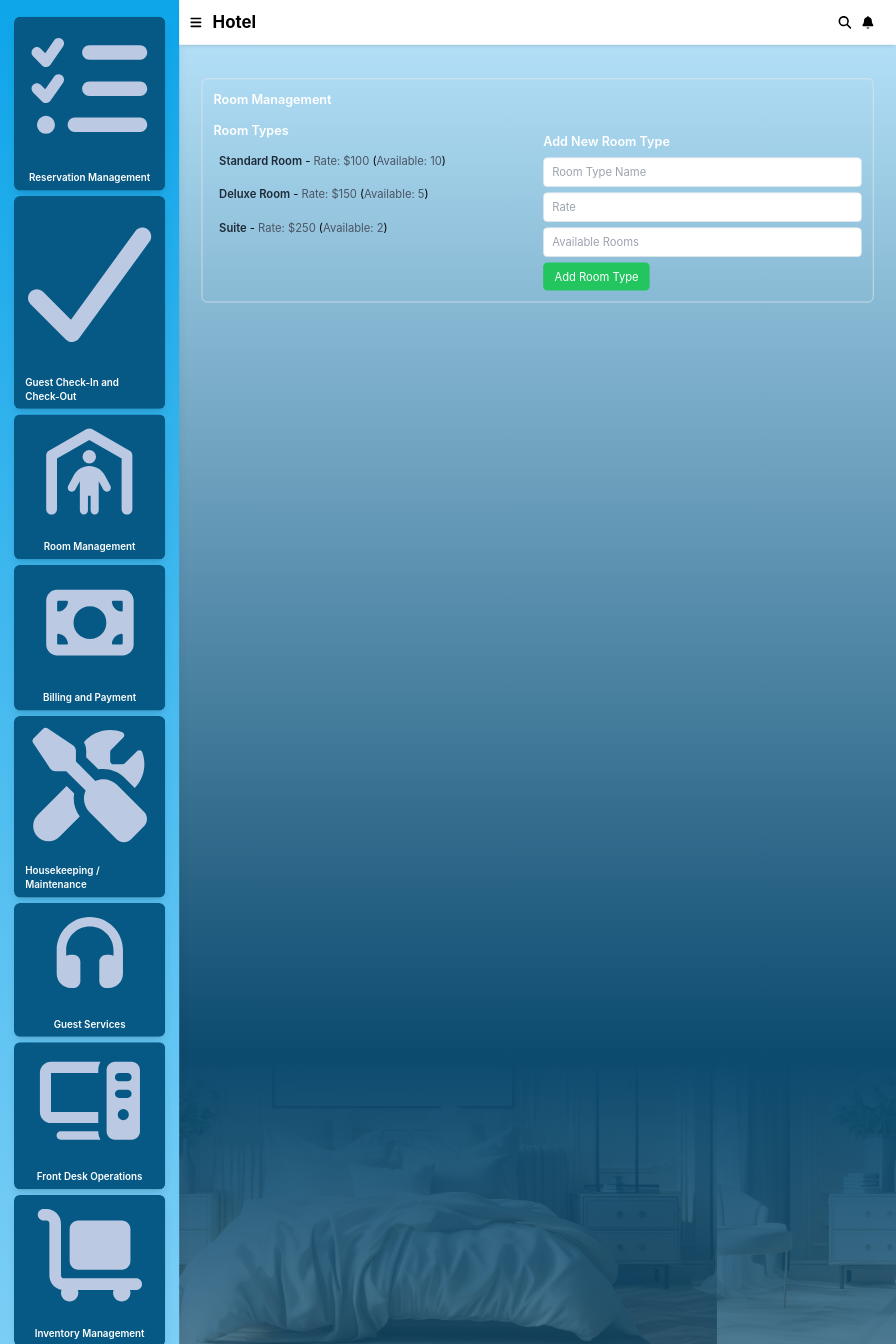
Repository: musabismael/Hotel
Page: /room_management
An editor plug-in stored every save of this project. The page is shown before and after the next save, followed by the edit.
The browser window is 1280 px wide. The pictures show the part of the page from y = 0 to 1920 px (the page is 3016 px tall), at 70% of full size.
The project was rebuilt for these pictures with package versions that can differ from the ones it lists, and the page was loaded fresh each time. Also part of the build but not shown: vite.config.js, src/App.css, src/pages/ReservationManagement.jsx, src/pages/GuestCheckInOut.jsx, src/pages/BillingPayment.jsx, src/pages/HousekeepingMaintenance.jsx, src/pages/GuestServices.jsx, src/pages/FrontDeskOperations.jsx and 5 more.

Above is the page before, as saved 2023-10-01 19:15:37.

### index.html
<!doctype html>
<html lang="en">
  <head>
    <meta charset="UTF-8" />
    <link rel="icon" type="image/svg+xml" href="/vite.svg" />
    <meta name="viewport" content="width=device-width, initial-scale=1.0" />
    <title>Hotel</title>
  </head>
  <body>
    <div id="root"></div>
    <script type="module" src="/src/main.jsx"></script>
  </body>
</html>

### src/App.jsx
import "./App.css";
import { createBrowserRouter } from "react-router-dom";
import { RouterProvider } from "react-router";
import LandingPageLayout from "./layouts/LandingPageLayout";
import ReservationManagement from "./pages/ReservationManagement";
import GuestCheckInOut from "./pages/GuestCheckInOut";
import RoomManagement from "./pages/RoomManagement";
import BillingPayment from "./pages/BillingPayment";
import HousekeepingMaintenance from "./pages/HousekeepingMaintenance";
import GuestServices from "./pages/GuestServices";
import FrontDeskOperations from "./pages/FrontDeskOperations";
import InventoryManagement from "./pages/InventoryManagement";
import ReportingAnalytics from "./pages/ReportingAnalytics";
import SecurityAccessControl from "./pages/SecurityAccessControl";
import PointOfSale from "./pages/PointOfSale";
import CRM from "./pages/CRM"; // Import the CRM component
const router = createBrowserRouter([
  {
    path: "/",
    element: <LandingPageLayout />,
    children: [
      {
        path: "/reservation_management",
        element: <ReservationManagement />,
      },
      {
        path: "/guestCheckInOut",
        element: <GuestCheckInOut />,
      },
      {
        path: "/billing_and_payment",
        element: <BillingPayment />,
      },
      {
        path: "/room_management",
        element: <RoomManagement />,
      },
      {
        path: "/housekeeping_maintenance",
        element: <HousekeepingMaintenance />,
      },
      {
        path: "/guest_services",
        element: <GuestServices />,
      }, {
        path: "/desk_operations",
        element: <FrontDeskOperations />,
      }, {
        path: "/security_control",
        element: <SecurityAccessControl />,
      },
      {
        path: "/reporting_and_analytics",
        element: <ReportingAnalytics />,
      }, {
        path: "/inventory_management",
        element: <InventoryManagement />,
      },
      {
        path: "/pos",
        element: <PointOfSale />,
      },
      {
        path: "/crm",
        element: <CRM />,
      },
    ],
  },
]);

const App = () => <RouterProvider router={router} />;
export default App;

### src/index.css
@tailwind base;
@tailwind components;
@tailwind utilities;

:root {
  font-family: Inter, system-ui, Avenir, Helvetica, Arial, sans-serif;
  line-height: 1.5;
  font-weight: 400;
  background-image: url("cover.jpeg"), url("cover.jpeg");
  background-color:#397398;

  font-synthesis: none;
  text-rendering: optimizeLegibility;
  -webkit-font-smoothing: antialiased;
  -moz-osx-font-smoothing: grayscale;
  -webkit-text-size-adjust: 100%;
}

### src/layouts/LandingPageLayout.jsx
import { Outlet } from "react-router";
import Header from "../component/Header";
import Sidebar from "../component/Sidebar";
const LandingPageLayout = () => {
  return (
    <div className="flex bg-gradient-to-b from-sky-200 via-sky-900">
      <Sidebar />

      <div className="flex-1">
        <Header />
        <main className="p-4">
          <Outlet />
        </main>
      </div>
    </div>
  );
};

export default LandingPageLayout;

### src/pages/RoomManagement.jsx
import React, { useState } from 'react';

const RoomManagement = () => {
  const [roomTypes, setRoomTypes] = useState([
    { id: 1, name: 'Standard Room', rate: 100, available: 10 },
    { id: 2, name: 'Deluxe Room', rate: 150, available: 5 },
    { id: 3, name: 'Suite', rate: 250, available: 2 },
  ]);

  const [selectedRoomType, setSelectedRoomType] = useState(null);
  const [newRoomType, setNewRoomType] = useState({ name: '', rate: '', available: '' });
  const [isEditing, setIsEditing] = useState(false);

  const handleRoomTypeClick = (roomType) => {
    setSelectedRoomType(roomType);
    setIsEditing(false);
  };

  const handleAddRoomType = () => {
    // Add a new room type to the list
    setRoomTypes([...roomTypes, newRoomType]);
    // Clear the input fields
    setNewRoomType({ name: '', rate: '', available: '' });
  };

  const handleDeleteRoomType = () => {
    // Remove the selected room type from the list
    if (selectedRoomType) {
      const updatedRoomTypes = roomTypes.filter((room) => room.id !== selectedRoomType.id);
      setRoomTypes(updatedRoomTypes);
      setSelectedRoomType(null);
    }
  };

  const handleEditRoomType = () => {
    setIsEditing(true);
  };

  const handleUpdateRoomType = () => {
    // Update the selected room type with new data
    if (selectedRoomType) {
      const updatedRoomTypes = roomTypes.map((room) =>
        room.id === selectedRoomType.id ? { ...room, ...newRoomType } : room
      );
      setRoomTypes(updatedRoomTypes);
      setSelectedRoomType(null);
      setIsEditing(false);
    }
  };

  return (
    <div className="container mx-auto p-4">
      <div className="my-4 p-4 border rounded-lg">
        <h2 className="text-lg text-white font-semibold mb-4">Room Management</h2>
        <div className="grid grid-cols-2 gap-4">
          <div>
            <h3 className="text-lg text-white font-semibold mb-2">Room Types</h3>
            <ul className="space-y-2">
              {roomTypes.map((roomType) => (
                <li
                  key={roomType.id}
                  className={`cursor-pointer ${
                    selectedRoomType && selectedRoomType.id === roomType.id
                      ? 'bg-blue-200'
                      : 'hover:bg-gray-100'
                  } p-2 rounded-lg`}
                  onClick={() => handleRoomTypeClick(roomType)}
                >
                  <span className="text-gray-800 font-semibold">{roomType.name}</span> -{' '}
                  <span className="text-gray-600">Rate: ${roomType.rate}</span> (
                  <span className="text-gray-600">Available: {roomType.available}</span>)
                </li>
              ))}
            </ul>
          </div>
          <div>
            {selectedRoomType && (
              <>
                <h3 className="text-lg text-white font-semibold mb-2">
                  {isEditing ? 'Edit Room Type' : 'Selected Room Type'}
                </h3>
                <div className="mb-2">
                  <input
                    type="text"
                    placeholder="Room Type Name"
                    className="w-full border rounded-md py-2 px-3"
                    value={isEditing ? newRoomType.name : selectedRoomType.name}
                    onChange={(e) => setNewRoomType({ ...newRoomType, name: e.target.value })}
                    readOnly={!isEditing}
                  />
                </div>
                <div className="mb-2">
                  <input
                    type="number"
                    placeholder="Rate"
                    className="w-full border rounded-md py-2 px-3"
                    value={isEditing ? newRoomType.rate : selectedRoomType.rate}
                    onChange={(e) => setNewRoomType({ ...newRoomType, rate: e.target.value })}
                    readOnly={!isEditing}
                  />
                </div>
                <div className="mb-2">
                  <input
                    type="number"
                    placeholder="Available Rooms"
                    className="w-full border rounded-md py-2 px-3"
                    value={isEditing ? newRoomType.available : selectedRoomType.available}
                    onChange={(e) =>
                      setNewRoomType({ ...newRoomType, available: e.target.value })
                    }
                    readOnly={!isEditing}
                  />
                </div>
                {isEditing ? (
                  <button
                    type="button"
                    className="bg-green-500 text-white py-2 px-4 rounded-md"
                    onClick={handleUpdateRoomType}
                  >
                    Update Room Type
                  </button>
                ) : (
                  <>
                    <button
                      type="button"
                      className="bg-red-500 text-white py-2 px-4 rounded-md"
                      onClick={handleDeleteRoomType}
                    >
                      Delete Room Type
                    </button>
                    <button
                      type="button"
                      className="bg-blue-500 text-white py-2 px-4 rounded-md ml-2"
                      onClick={handleEditRoomType}
                    >
                      Edit Room Type
                    </button>
                  </>
                )}
              </>
            )}
            <h3 className="text-lg text-white font-semibold mt-4 mb-2">Add New Room Type</h3>
            <div className="mb-2">
              <input
                type="text"
                placeholder="Room Type Name"
                className="w-full border rounded-md py-2 px-3"
                value={newRoomType.name}
                onChange={(e) => setNewRoomType({ ...newRoomType, name: e.target.value })}
              />
            </div>
            <div className="mb-2">
              <input
                type="number"
                placeholder="Rate"
                className="w-full border rounded-md py-2 px-3"
                value={newRoomType.rate}
                onChange={(e) => setNewRoomType({ ...newRoomType, rate: e.target.value })}
              />
            </div>
            <div className="mb-2">
              <input
                type="number"
                placeholder="Available Rooms"
                className="w-full border rounded-md py-2 px-3"
                value={newRoomType.available}
                onChange={(e) => setNewRoomType({ ...newRoomType, available: e.target.value })}
              />
            </div>
            <button
              type="button"
              className="bg-green-500 text-white py-2 px-4 rounded-md"
              onClick={handleAddRoomType}
            >
              Add Room Type
            </button>
          </div>
        </div>
      </div>
    </div>
  );
};

export default RoomManagement;

### src/component/Header.jsx
import { FontAwesomeIcon } from "@fortawesome/react-fontawesome";
import { faBars, faBell, faSearch } from "@fortawesome/free-solid-svg-icons";

function Header() {
  return (
    <header className="bg-white shadow-md p-4 flex justify-between items-center sticky top-0 w-full  ">
      <div className="flex items-center">
        <FontAwesomeIcon
          icon={faBars}
          className="text-black mr-4 text-lg color"
        />
        <h1 className="text-2xl font-bold text-black">Hotel</h1>
      </div>
      <div className="flex items-center">
        <FontAwesomeIcon icon={faSearch} className="text-black text-lg mr-4" />
        <FontAwesomeIcon icon={faBell} className="text-black text-lg mr-4" />

        {/* Add other icons or elements on the right side here */}
      </div>
    </header>
  );
}

export default Header;

### src/component/Sidebar.jsx
import Card from "./Card";
import {
  faPersonShelter,
  faListCheck,
  faCheck,
  faMoneyBill,
  faScrewdriverWrench,
  faHeadphones,
  faComputer,
  faCartFlatbed,
  faPersonMilitaryPointing,
  faChartBar,
  faKey,
  faBookmark,
} from "@fortawesome/free-solid-svg-icons";

const Sidebar = () => {
  const cardData = [
    {
      id: 1,
      title: "Reservation Management",
      description:
        "Online booking, availability calendar, and booking modification.",
      icon: faListCheck,
      link: "/reservation_management",
    },
    {
      id: 2,
      title: "Guest Check-In and Check-Out",
      description: "Guest registration, check-out, and key card issuance.",
      icon: faCheck,
      link: "/GuestCheckInOut",
    },
    {
      id: 3,
      title: "Room Management",
      description: "Room assignment, status updates, and inventory tracking.",
      icon: faPersonShelter,
      link: "/room_Management",
    },
    {
      id: 4,
      title: "Billing and Payment",
      description: "Invoicing, payment processing, and split billing.",
      icon: faMoneyBill,
      link: "/billing_and_payment",
    },
    {
      id: 5,
      title: "Housekeeping / Maintenance",
      description:
        "Housekeeping schedule, maintenance requests, and inventory management.",
      icon: faScrewdriverWrench,
      link: "/housekeeping_maintenance",
    },
    {
      id: 6,
      title: "Guest Services",
      description:
        "Concierge services, room service, wake-up calls, and laundry services.",
      icon: faHeadphones,
      link: "/guest_services",
    },
    {
      id: 7,
      title: "Front Desk Operations",
      description: "Guest inquiries, check-in/out, and guest profile access.",
      icon: faComputer,
      link: "/desk_operations",
    },
    {
      id: 8,
      title: "Inventory Management",
      description: "Managing hotel supplies and amenities.",
      icon: faCartFlatbed,
      link: "/inventory_management",
    },
    {
      id: 9,
      title: "Reporting and Analytics",
      description: "Generate reports on occupancy, revenue, and key metrics.",
      icon: faChartBar,
      link: "/reporting_and_analytics",
    },

    {
      id: 10,
      title: "Security and Access Control",
      description: "Surveillance camera integration and access control.",
      icon: faKey,
      link: "/security_control",
    },
    {
      id: 11,
      title: "Point of Sale (POS)",
      description:
        "Integration with on-site restaurants, bars, and gift shops.",
      icon: faBookmark,
      link: "/pos",
    },

    {
      id: 12,
      title: "Customer Relationship Management (CRM)",
      description: "Guest profiles, preferences, and loyalty programs.",
      icon: faPersonMilitaryPointing,
      link: "/crm",
    },

    // Add more service/feature objects here
  ];

  const handleCardClick = (id) => {
    console.log(`Card with ID ${id} clicked`);
  };
  return (
    <aside className="p-4 w-1/5 min-h-screen overflow-y-auto bg-gradient-to-b from-sky-500 to-sky-200 shadow-lg">
      <nav>
        {cardData.map((card) => (
          <Card
            key={card.id}
            link={card.link}
            icon={card.icon}
            title={card.title}
            onClick={() => handleCardClick(card.id)}
          />
        ))}
      </nav>
    </aside>
  );
};

export default Sidebar;

### src/component/Card.jsx
import { Link } from "react-router-dom";
import { FontAwesomeIcon } from "@fortawesome/react-fontawesome";
function Card({ link, icon, title, onClick }) {
  return (
    <div
      className="max-w-sm  mx-1 my-2 cursor-pointer shadow-lg rounded-lg overflow-hidden hover:shadow-xl transition duration-300 transform hover:scale-105"
      onClick={onClick}
    >
      <div className="bg-sky-800 rounded-lg overflow-hidden shadow-lg flex flex-col items-center justify-center">
        <Link to={link} className="text-blue-600 hover:text-blue-800">
          <FontAwesomeIcon
            icon={icon}
            size="2xs"
            className=" w-auto p-5 h-auto object-cover"
            style={{ color: "#bbc9e2" }}
          />

          <div className="px-4 py-2 items-center">
            <h3 className=" text-white text-sm  flex flex-col text-ellipsis items-center font-semibold">
              {title}
            </h3>
            {/* Add more content or description here if needed */}
          </div>
        </Link>
      </div>
    </div>
  );
}

export default Card;

### tailwind.config.js
/** @type {import('tailwindcss').Config} */
export default {
  content: [
    "./index.html",
    "./src/**/*.{js,ts,jsx,tsx}",
  ],
  theme: {
    extend: {
      fontFamily: {
        'custom': ['CustomFont', 'sans'],
      },
      textColor: {
        'custom': '#333333', // Custom text color
      },
    },
  },
  plugins: [],
}

Loaded but not shown: src/main.jsx (common file)

After the next save:
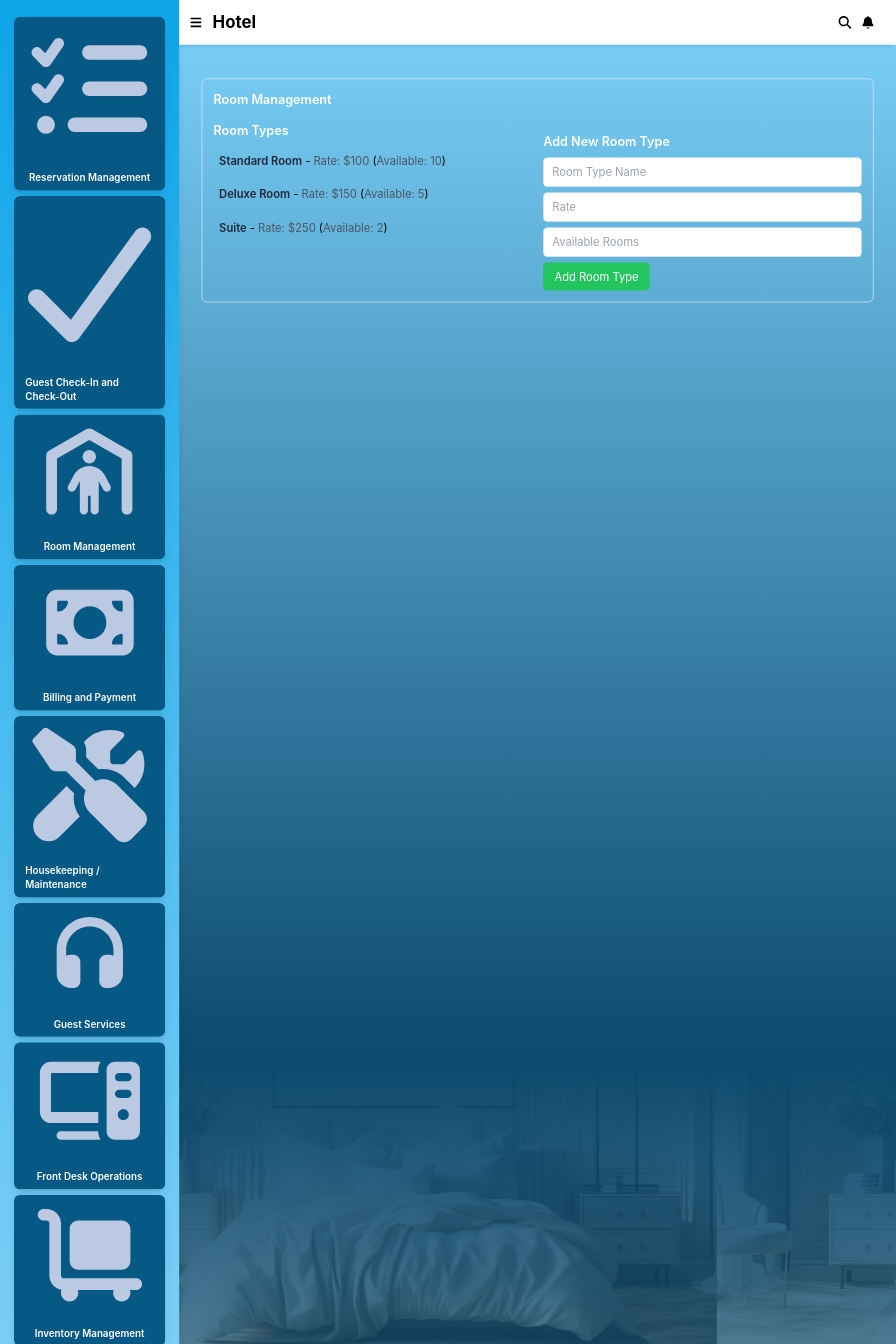
Saved 4 s later.
--- a/src/layouts/LandingPageLayout.jsx
+++ b/src/layouts/LandingPageLayout.jsx
@@ -3,7 +3,7 @@ import Header from "../component/Header";
 import Sidebar from "../component/Sidebar";
 const LandingPageLayout = () => {
   return (
-    <div className="flex bg-gradient-to-b from-sky-200 via-sky-900">
+    <div className="flex bg-gradient-to-b from-sky-300 via-sky-900">
       <Sidebar />
 
       <div className="flex-1">
